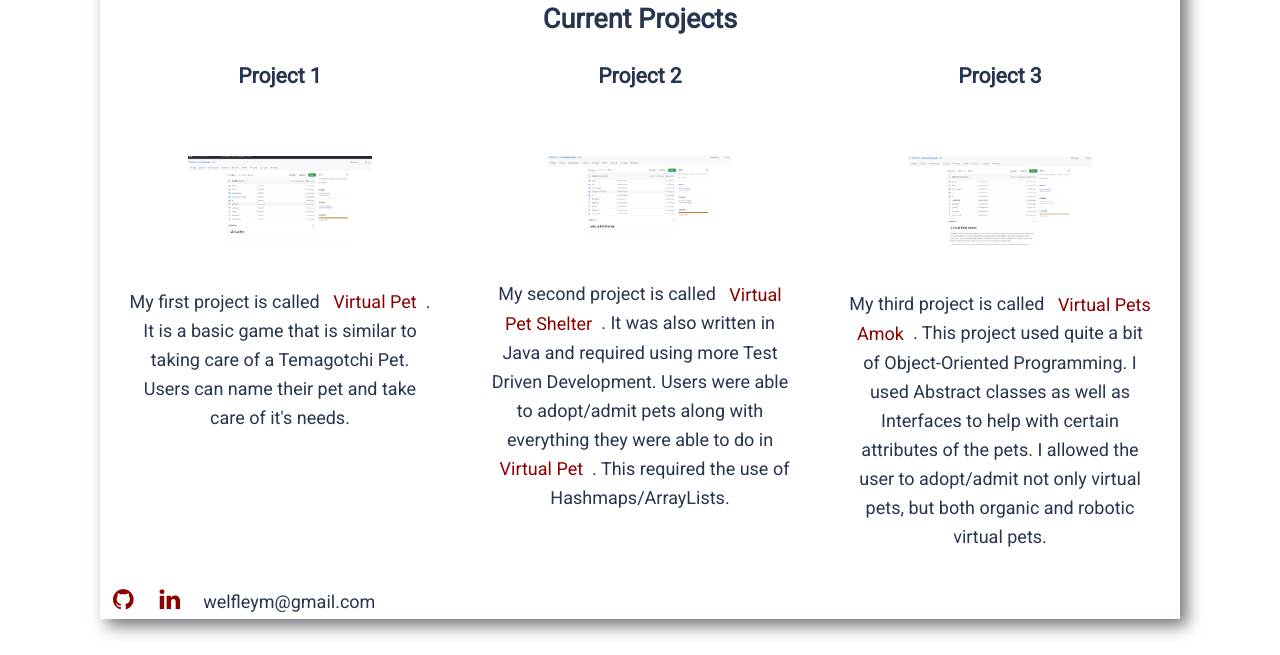
Repository: Matt1218/Matt1218.github.io
Page: index.html
The author's editor kept a copy of each file at every save. The page is drawn from the files as they stood at one save, then again after the next save.
The browser window is 1280 px wide. The pictures show the part of the page from y = 565 to 1294 px (the page is 1220 px tall before and 1294 px after).
A picture or video elsewhere on the page could not be fetched, so the positions and the page height are approximate.

Above is the page before, as saved 2022-03-21 14:10:04.

### index.html
<!DOCTYPE html>
<html lang="en">

<head>
    <meta charset="UTF-8">
    <meta http-equiv="X-UA-Compatible" content="IE=edge">
    <meta name="viewport" content="width=device-width, initial-scale=1.0">
    <link rel="stylesheet" href="https://cdnjs.cloudflare.com/ajax/libs/font-awesome/4.7.0/css/font-awesome.min.css">
    <link rel="stylesheet" href="style.css">
    <title>Matt's Portfolio</title>
</head>

<body>
    <div class="container">
        <header class="page-header">
            <h1 id="header-logo">Matt Welfley</h1>
            <ul class="header-nav">
                <li>
                    <nav class="header-nav-item"><a href="#profile">About Me</a></nav>
                </li>
                <li>
                    <nav class="header-nav-item"><a href="#projects">Projects</a></nav>
                </li>
            </ul>
        </header>
        <section id="profile">

            <figure id="profile-image">
                <img src="./assets/Headshot (2).jpg" alt="A profile picture of me">
            </figure>
            <article class="bio">
                <h2>About Me:</h2>
                <p>I graduated from Kent State University with a Bachelor's of Arts Degree in Organizational
                    Communication. I enjoy backpacking, climbing, disc golf, and writing clean, functional code. I am
                    currently
                    based in Kent, Ohio. </p>
                <section class="skills">
                    <h2>Technical Skills:</h2>
                    <ul>
                        <li>Java</li>
                        <li>HTML</li>
                        <li>CSS</li>
                        <li>JavaScript</li>
                        <li>MVC</li>
                        <li>Spring</li>
                        <li>Thymeleaf</li>
                        <li>Object Oriented Programming</li>
                    </ul>
                </section>

            </article>

        </section>

        <h2 id="projects-title">Current Projects</h2>
        <section id="projects">
            <article class="projects-column">
                <h3 class="projects-column-title">Project 1</h3>
                <figure class="projects-column-figure">
                    <img src="./assets/VIrtualPetScreenshot.png" alt="VirtualPetScreenshot" class="projects-image-1">
                    <p>My first project is called <a href="https://github.com/Matt1218/VirtualPet">Virtual Pet</a>. It
                        is a
                        basic game that is similar to taking care of a Temagotchi Pet. Users can name their pet and take
                        care of it's needs.</p>
                </figure>
            </article>

            <article class="projects-column">
                <h3 class="projects-column-title">Project 2</h3>
                <figure class="projects-column-figure">
                    <img src="./assets/VirtualPetShelterScreenshot.png" alt="VirtualPetShelterScreenshot"
                        class="projects-image-2">
                    <p>My second project is called <a href="https://github.com/Matt1218/VirtualPetShelter">Virtual Pet
                            Shelter</a>. It was also written in Java and required using more Test Driven Development.
                        Users
                        were able to adopt/admit pets along with everything they were able to do in <a
                            href="https://github.com/Matt1218/VirtualPet">Virtual Pet</a>. This required the use of
                        Hashmaps/ArrayLists.</p>
                </figure>
            </article>
            <article class="projects-column">
                <h3 class="projects-column-title">Project 3</h3>
                <figure class="projects-column-figure">
                    <img src="./assets/VirtualPetsAmokScreenshot.png" alt="VirtualPetsAmokScreenshot"
                        class="projects-image-3">
                    <p>My third project is called <a href="https://github.com/Matt1218/VirtualPetsAmok">Virtual Pets
                            Amok</a>. This project used quite a bit of Object-Oriented Programming. I used Abstract
                        classes
                        as well as Interfaces to help with certain attributes of the pets. I allowed the user to
                        adopt/admit
                        not only virtual pets, but both organic and robotic virtual pets.</p>
                </figure>
            </article>
        </section>

        <footer id="footer">
            <a href="https://github.com/Matt1218" class="fa fa-github"></a>
            <a href="https://www.linkedin.com/in/matt-welfley" class="fa fa-linkedin"></a>
            <span id="email">welfleym@gmail.com</span>
        </footer>
    </div>
</body>

</html>

### style.css
@import url('https://fonts.googleapis.com/css2?family=Roboto');

* {
    box-sizing: border-box;
    margin: 0;
    padding: 0;
}

html {
    color: rgb(38, 54, 78);
    font: 18px/1.618 sans-serif;
    font-family: 'Roboto', sans-serif;
}

a {
    color: darkred;
    padding: .25rem .5rem;
    text-decoration: none;
}

.container {
    background-color: white;
    margin: 2rem auto;
    max-width: 60rem;
    width: 90%;
    -webkit-box-shadow: 7px 7px 15px 0px rgba(122, 115, 122, 1);
    -moz-box-shadow: 7px 7px 15px 0px rgba(122, 115, 122, 1);
    box-shadow: 7px 7px 15px 0px rgba(122, 115, 122, 1);
}

.page-header {
    display: flex;
    align-items: center;
    justify-content: space-between;
}

#header-logo {
    margin-left: 1.5rem;
    font-style: bold;
}

.header-nav {
    display: flex;
    list-style-type: none;
}

.header-nav-item {
    list-style-type: none;
    margin: 1rem;
}

.header-nav-item:hover {
    background-color: grey;
    border: .5px solid rgb(38, 54, 78);
    border-radius: .5rem;
    transition: .5s;
}

#profile {
    display: flex;
    justify-content: space-between;
}

#profile img {
    width: 70%;
    margin: 1rem;
    height: auto;
    border-radius: 5px;

}

#projects img {
    width: 60%;
    margin: 2rem;
}

.bio {
    display: flex;
    flex-direction: column;
    margin: .5rem 3rem;
}

.skills {
    margin-top: 1rem;
}


#projects-title{
    text-align: center;
    margin: 1rem;
}

#projects{
    display: grid;
    grid-template-columns: 1fr 1fr 1fr;
}

.projects-column-title{
    text-align: center;
}

.projects-column-figure{
    text-align: center;
    margin: 1.5rem;
}

#footer{
    display: flex;
    align-items:center
}

#footer a {
    font-size: x-large;
    margin: 4px;
}

#email {
    margin-left: 10px;
    margin-bottom: -5px;
}

After the next save:
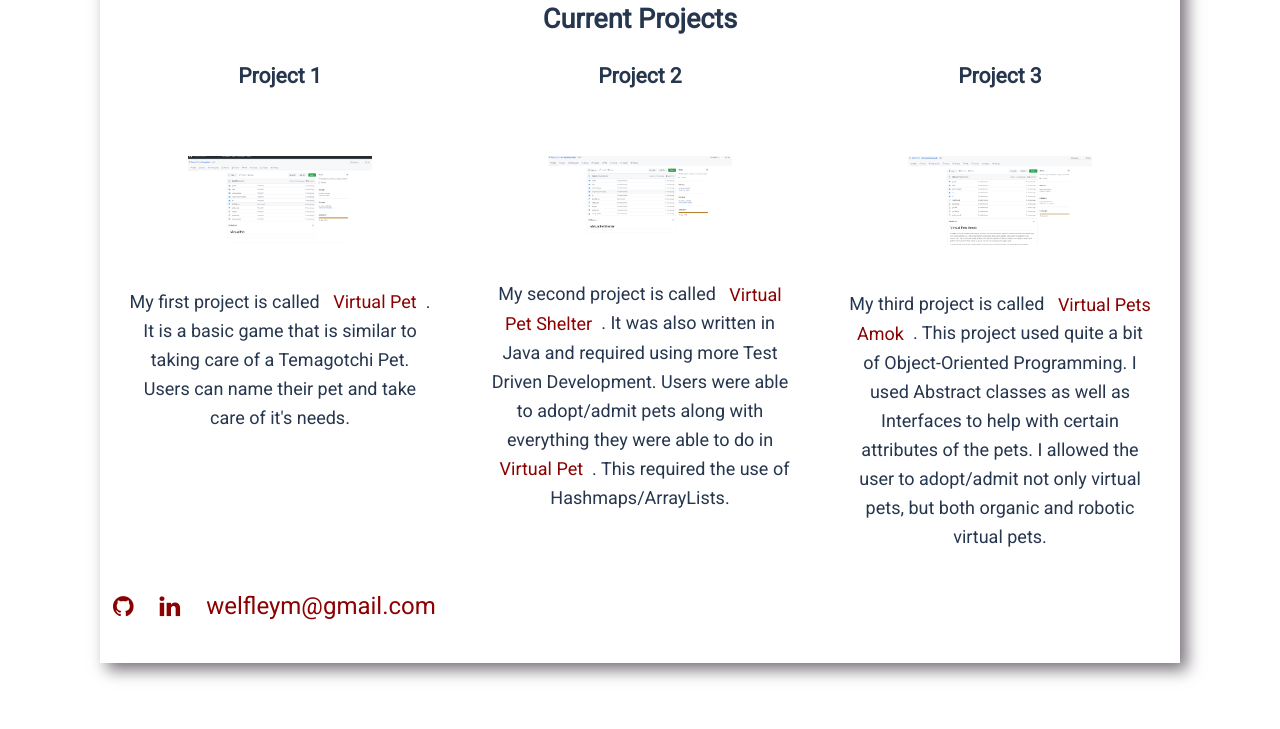
Saved 2 min 31 s later.
--- a/index.html
+++ b/index.html
@@ -96,7 +96,7 @@
         <footer id="footer">
             <a href="https://github.com/Matt1218" class="fa fa-github"></a>
             <a href="https://www.linkedin.com/in/matt-welfley" class="fa fa-linkedin"></a>
-            <span id="email">welfleym@gmail.com</span>
+            <a id="email">welfleym@gmail.com</span>
         </footer>
     </div>
 </body>
